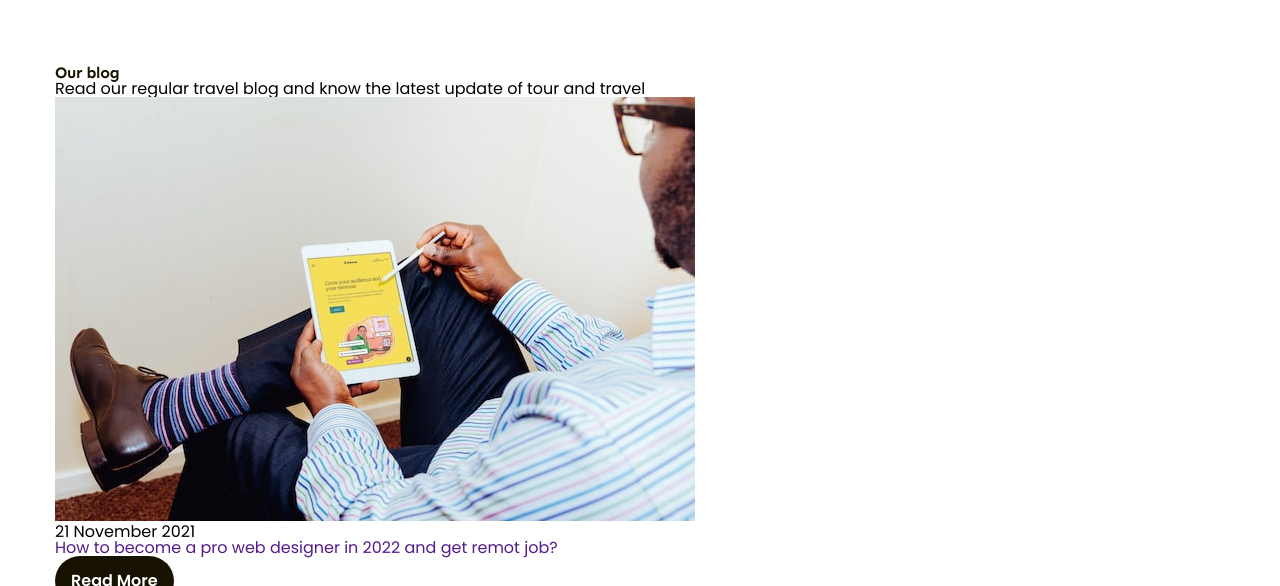
Repository: dovanlanh/f8-project-02
Page: index.html
An editor plug-in stored every save of this project. The page is shown before and after the next save, followed by the edit.
The browser window is 1280 px wide. The pictures show the part of the page from y = 3609 to 4195 px (the page is 10000 px tall).
A picture or video elsewhere on the page could not be fetched, so the positions and the page height are approximate.

Above is the page before, as saved 2023-02-10 10:38:35.

After the next save:
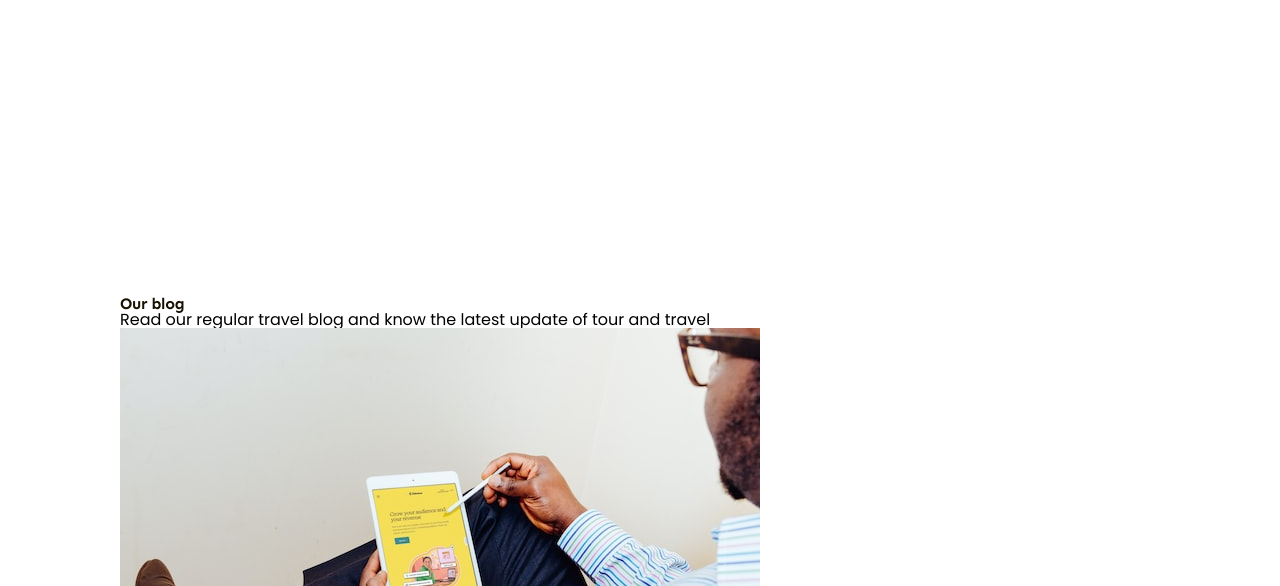
Saved 95 s later.
--- a/assets/css/styles.css
+++ b/assets/css/styles.css
@@ -501,3 +501,8 @@ a {
     object-fit: cover;
     border-radius: 20px;
 }
+/* Blog */
+.blog {
+    margin-top: 135px;
+    padding: 96px;
+}
